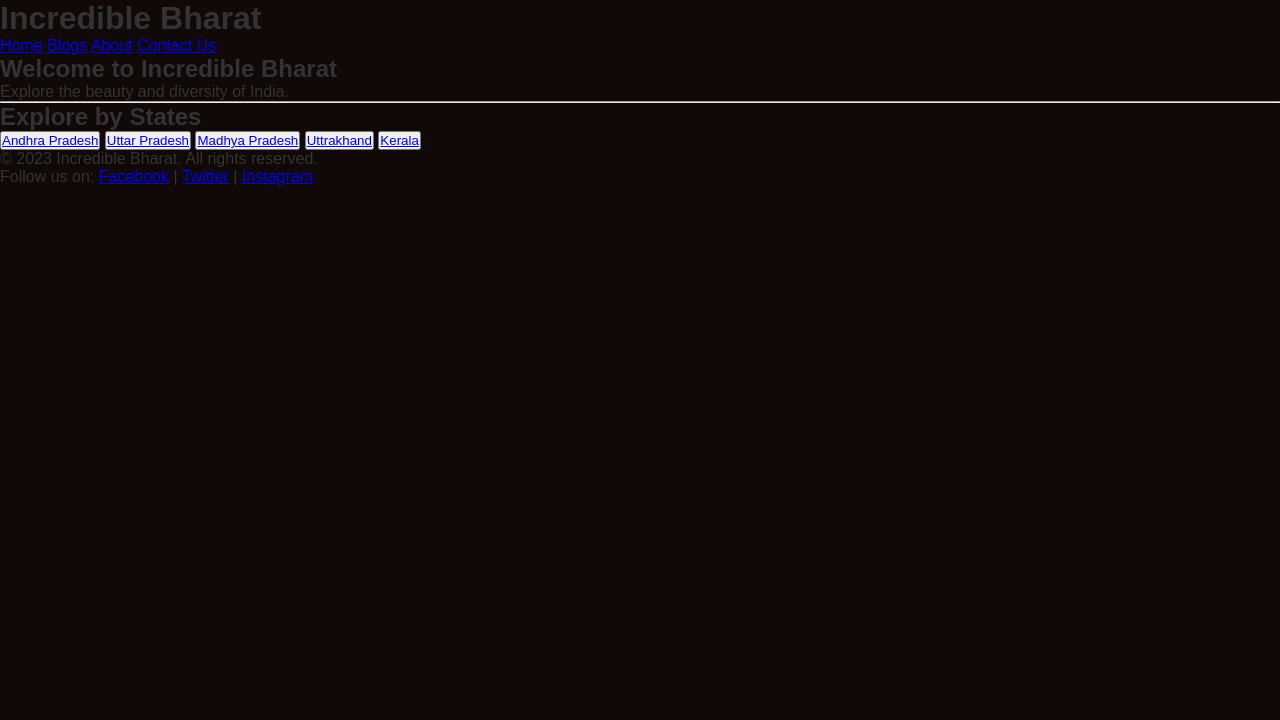
Repository: jaidhiman111/incrediblebharat
Page: index.html
These files come from the project's save history. The page is drawn as it stood at one moment and after the next save; the edit follows.
The browser window is 1280 px wide. The pictures show the whole page.

Above is the page before, as saved 2025-04-30 21:27:41.

### index.html
<!DOCTYPE html>
<html lang="en">
<head>
    <meta charset="UTF-8">
    <link rel="stylesheet" href="/assets/style.css">
    <meta name="viewport" content="width=device-width, initial-scale=1.0">
    <title>Document</title>
</head>
<body>
    <!-- This is the header of the page. -->
    <header class="header">
        <div class="logo">
            <h1>Incredible Bharat</h1>
        </div>
        <div class="nav">
            <nav>
                <ul>
                    <li>
                        <a href="#">Home</a>
                        <a href="#">Blogs</a>
                        <a href="#">About</a>
                        <a href="#">Contact Us</a>
                    </li>
                </ul>
            </nav>
        </div>
    </header>
    <!-- This is the main content of the page. -->
     <main class="main-container">
        <section class="hero-section">
            <h2>Welcome to Incredible Bharat</h2>
            <p>Explore the beauty and diversity of India.</p>
        </section>
        <hr>
        <section class="state-section">
            <h2>Explore by States</h2>
            <button type="button"><a href="#">Andhra Pradesh</a></button>
            <button type="button"><a href="#">Uttar Pradesh</a></button>
            <button type="button"><a href="#">Madhya Pradesh</a></button>
            <button type="button"><a href="#">Uttrakhand</a></button>
            <button type="button"><a href="#">Kerala</a></button>
        </section>
     </main>
     <!-- This is the footer of the page. -->
      <footer class="footer">
        <div>
            <p>&copy; 2023 Incredible Bharat. All rights reserved.</p>
            <p>Follow us on:
                <a href="#">Facebook</a> |
                <a href="#">Twitter</a> |
                <a href="#">Instagram</a>
        </div>
      </footer>
</body>
</html>

### assets/style.css
* {
    box-sizing: border-box;
    margin: 0;
    padding: 0;
}

body {
    font-family: Arial, sans-serif;
    background-color: #110808;
    color: #333;
}

After the next save:
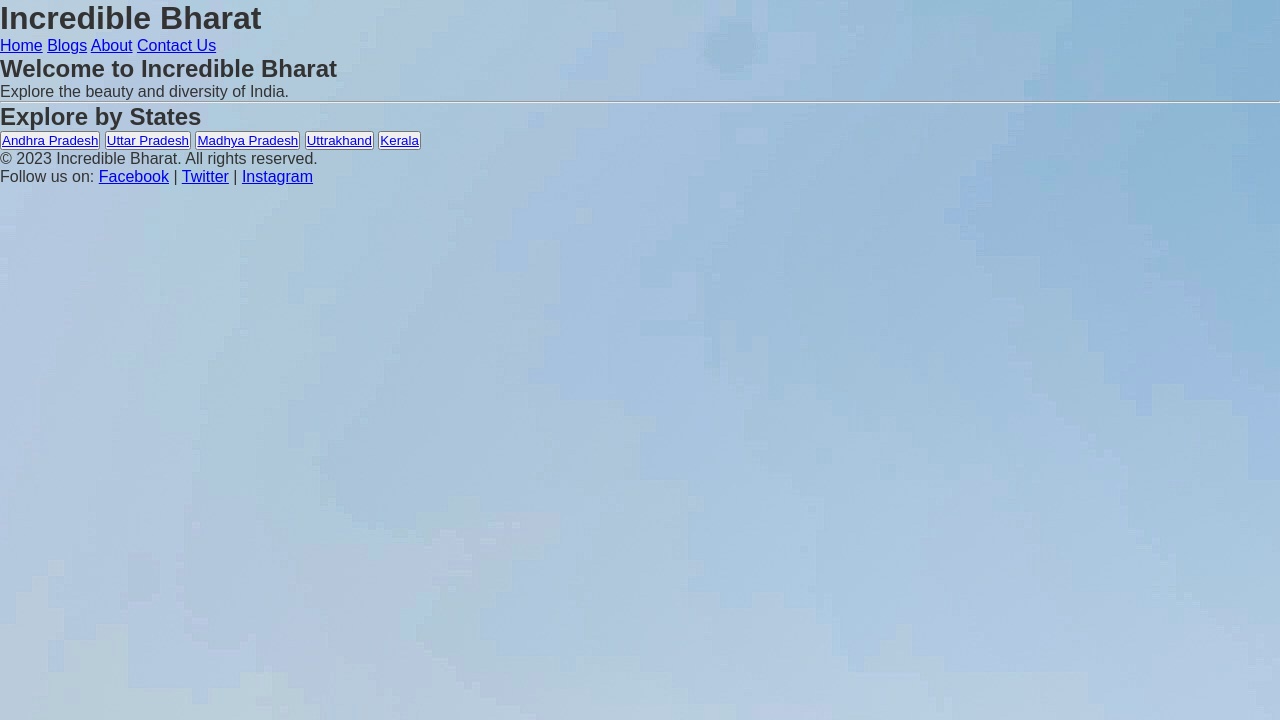
Saved 60 s later.
--- a/assets/style.css
+++ b/assets/style.css
@@ -6,6 +6,6 @@
 
 body {
     font-family: Arial, sans-serif;
-    background-color: #110808;
+    background-image: url('/media/bg-cover.jpg');
     color: #333;
 }
